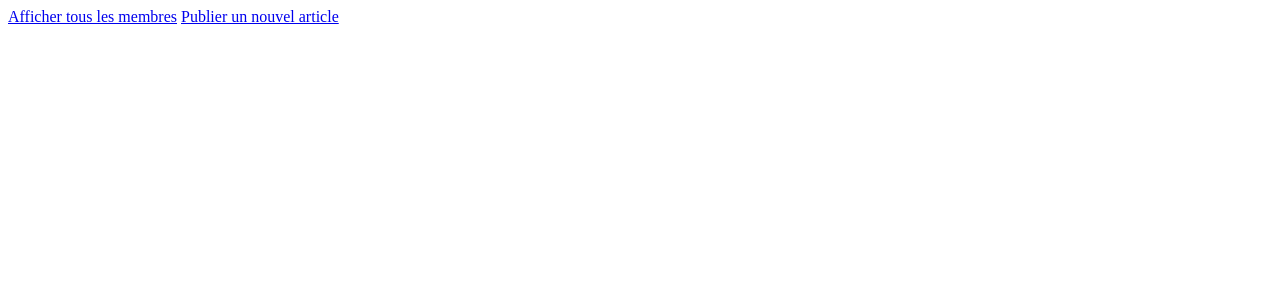
Repository: Yannis699/WW2_forum_project
Page: http://localhost/
An editor plug-in stored every save of this project. The page is shown before and after a run of saves, followed by the edit.
The browser window is 1280 px wide. The pictures show the whole page.
The page is run by PHP 8.4 with error messages shown; the project is at /var/www/html/. The session is filled in as if someone had signed in: {"mdp": 1}.

Above is the page before, as saved 2022-05-18 13:57:18.

After the next 2 saves:
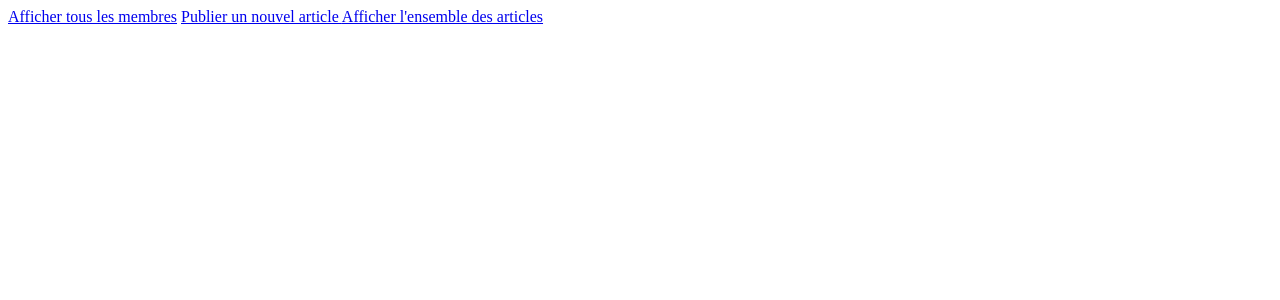
The 2 saves are shown as one change because they came seconds apart.
The last was saved 11 s later.
--- a/index.php
+++ b/index.php
@@ -16,7 +16,7 @@ if(!$_SESSION['mdp']){
 <body>
     <a href="membres.php">Afficher tous les membres</a>
     <a href="publier_article.php"> Publier un nouvel article </a>
-    <a href="publier_article.php"></a>
+    <a href="publier_article.php"> Afficher l'ensemble des articles </a>
 
 </body>
 </html>
